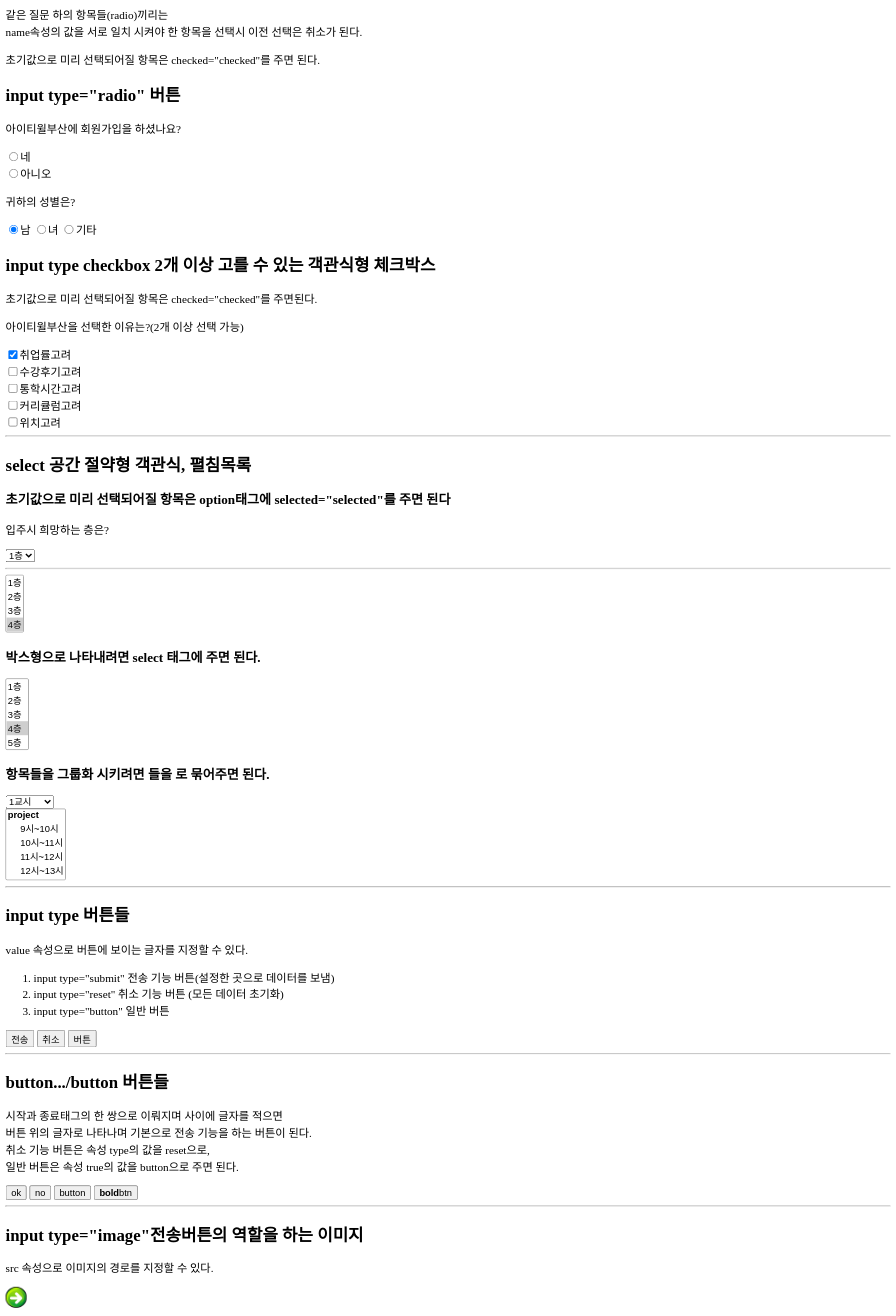
Repository: ReadStar/Web
Page: Html/html5/WebContent/form-1.html
These files come from the project's save history. The page is drawn as it stood at one moment and after the next save; the edit follows.
The browser window is 1280 px wide. The pictures show the part of the page from y = 1136 to 3056 px (the page is 3016 px tall before and 3056 px after), at 70% of full size.

Above is the page before, as saved 2020-08-13 05:24:59.

After the next save:
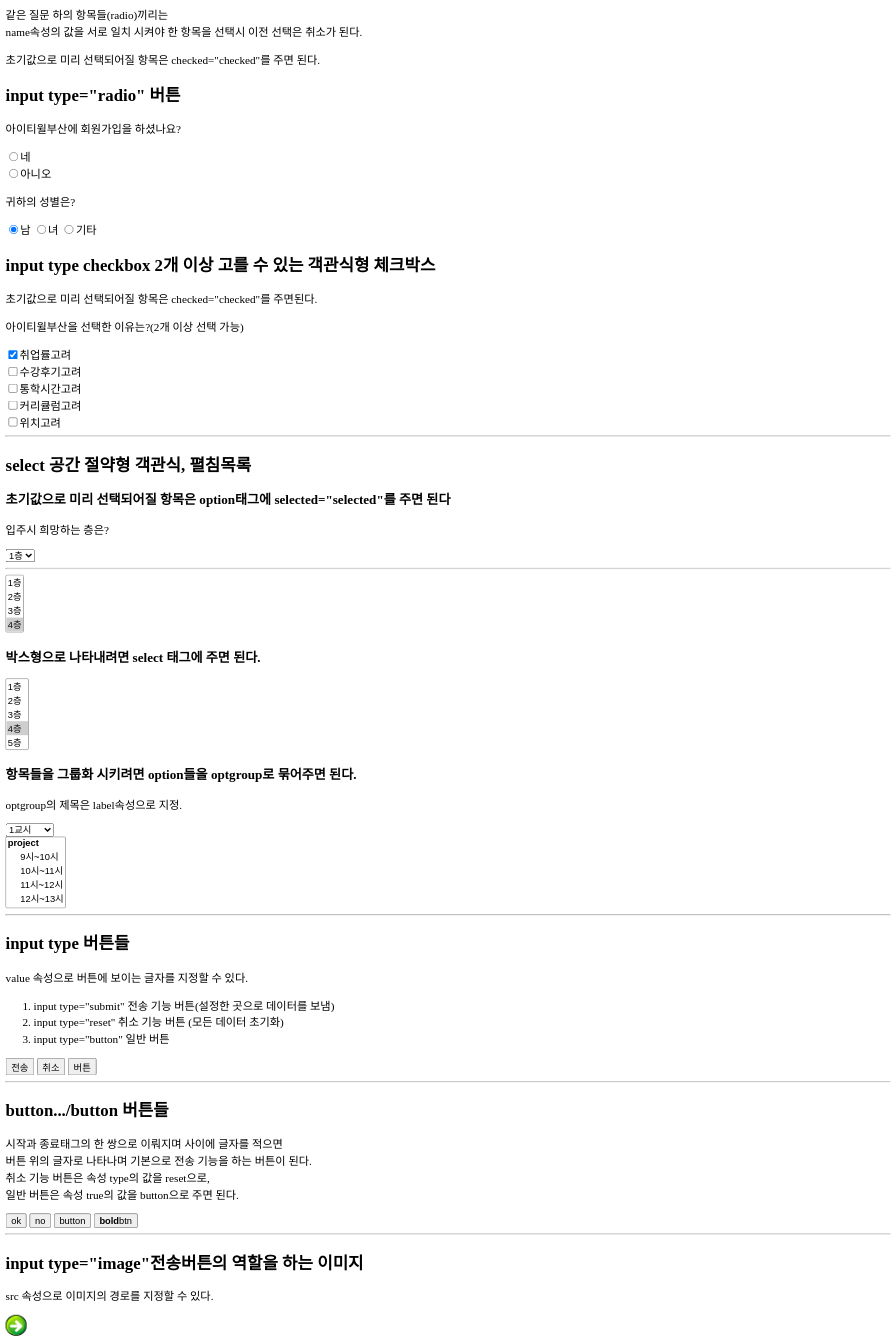
Saved 7 min 53 s later.
--- a/Html/html5/WebContent/form-1.html
+++ b/Html/html5/WebContent/form-1.html
@@ -99,7 +99,10 @@
 <option>10층</option>
 </select>
 
-<h3>항목들을 그룹화 시키려면 들을 로 묶어주면 된다.</h3>
+<h3>항목들을 그룹화 시키려면 option들을 optgroup로 묶어주면 된다.</h3>
+<p>
+optgroup의 제목은 label속성으로 지정.
+</p>
 <select>
 <optgroup label="JSP">
 <option>1교시</option>
